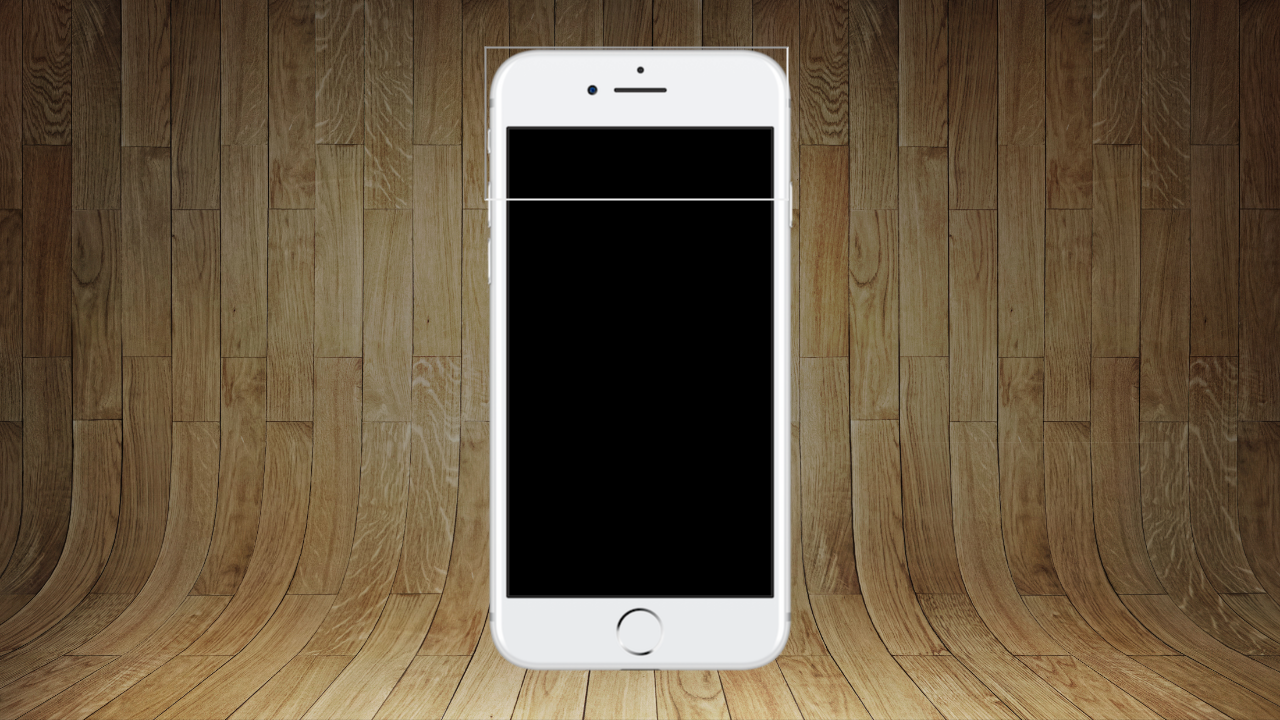
Repository: Sandro1969-tech/Projeto-social-desafio13
Page: index.html
The author's editor kept a copy of each file at every save. The page is drawn from the files as they stood at one save, then again after a run of saves.
The browser window is 1280 px wide. The pictures show the whole page.

Above is the page before, as saved 2025-12-04 19:14:28.

After the next 6 saves:
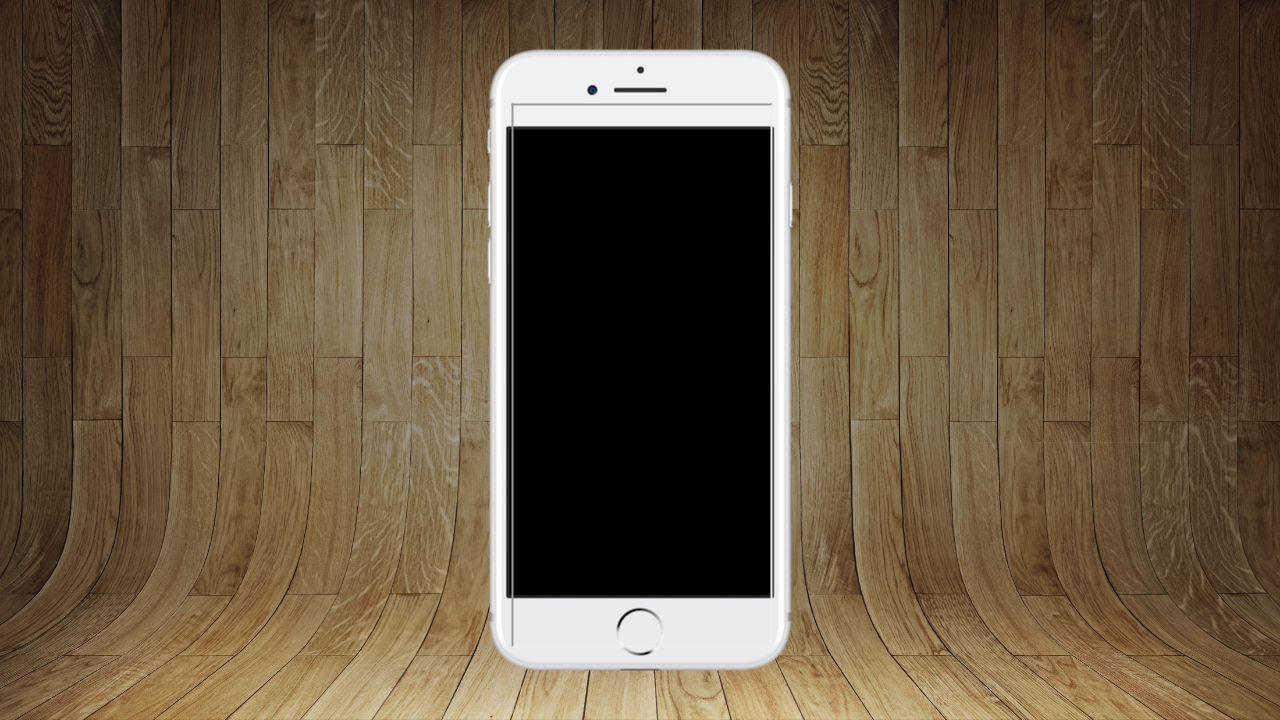
The 6 saves are shown as one change because they came seconds apart.
The last was saved 16 s later.
--- a/style.css
+++ b/style.css
@@ -36,6 +36,9 @@
 
 iframe#tela {
     position: relative;
-    top:
+    top: 57px;
+    left: 27px;
+    height: 540px;
+    width: 257px;
 
 }
